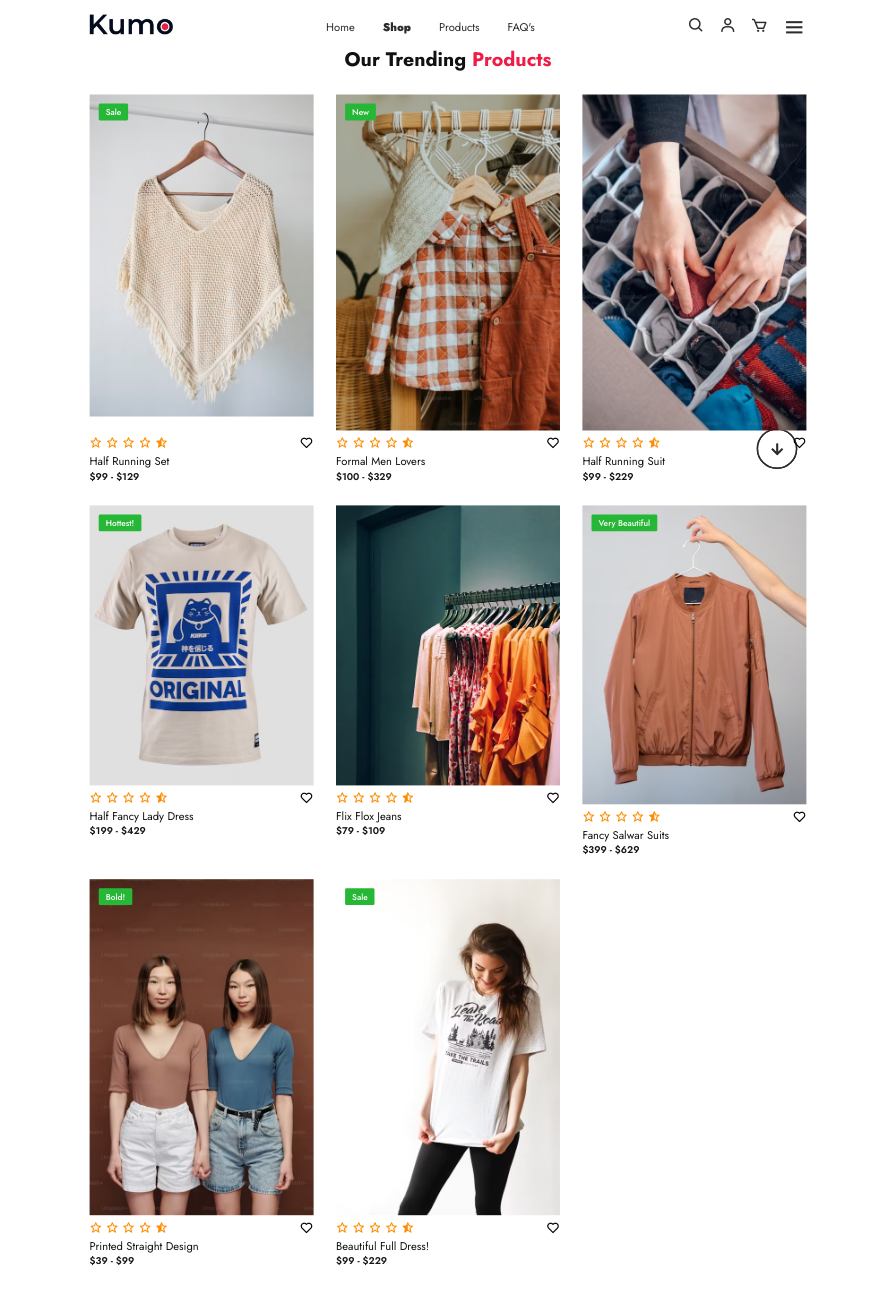
Repository: isaacCodes1/Kumo-Website.
Page: shop.html
These files come from the project's save history. The page is drawn as it stood at one moment and after the next save; the edit follows.
The browser window is 1280 px wide. The pictures show the whole page, at 70% of full size.

Above is the page before, as saved 2024-03-23 09:46:40.

### shop.html
<!DOCTYPE html>
<html lang="en">
  <head>
    <meta charset="UTF-8" />
    <meta name="viewport" content="width=device-width, initial-scale=1.0" />
    <link rel="stylesheet" href="style.css" />
    <link rel="preconnect" href="https://fonts.googleapis.com" />
    <link rel="preconnect" href="https://fonts.gstatic.com" crossorigin />
    <link
      href="https://fonts.googleapis.com/css2?family=Bricolage+Grotesque:opsz,wght@12..96,200..800&family=Jost:ital,wght@0,100..900;1,100..900&family=Montserrat:ital,wght@0,100..900;1,100..900&family=Poppins:ital,wght@0,100;0,200;0,300;0,400;0,500;0,600;0,700;0,800;0,900;1,100;1,200;1,300;1,400;1,500;1,600;1,700;1,800;1,900&display=swap"
      rel="stylesheet"
    />
    <link
      rel="stylesheet"
      href="https://cdnjs.cloudflare.com/ajax/libs/font-awesome/6.5.1/css/all.min.css"
      integrity="sha512-DTOQO9RWCH3ppGqcWaEA1BIZOC6xxalwEsw9c2QQeAIftl+Vegovlnee1c9QX4TctnWMn13TZye+giMm8e2LwA=="
      crossorigin="anonymous"
      referrerpolicy="no-referrer"
    />
    <link
      rel="stylesheet"
      href="https://unpkg.com/boxicons@latest/css/boxicons.min.css"
    />
    <link rel="stylesheet" href="Mediaquery.css" />
    <title>Document</title>
  </head>
  <body>
    <header>
      <a href="index.html" class="logo"><img src="Assets/logo.png" alt="" /></a>
      <ul class="navmenu">
        <li><a href="index.html">Home</a></li>
        <li><a style="font-weight: 900" href="shop.html">Shop</a></li>
        <li><a href="products.html">Products</a></li>
        <li><a href="Questions.html">FAQ's</a></li>
      </ul>
      <div class="nav-icon">
        <a href="#"><i class="bx bx-search"></i></a>
        <a href="#"><i class="bx bx-user"></i></a>
        <a href="#"><i class="bx bx-cart"></i></a>
        <div class="bx bx-menu" id="menu-icon"></div>
      </div>
    </header>
    <div class="down-arrow">
      <a href="#trending" class="down"><i class="bx bx-down-arrow-alt"></i></a>
    </div>
    <div class="down-arrow">
      <a href="#trending" class="down"><i class="bx bx-down-arrow-alt"></i></a>
    </div>
    <!-- <trending-products-section-->
    <section class="trending-product" id="trending">
      <div class="center-text">
        <h2>Our Trending <span>Products</span></h2>
      </div>
      <div class="products">
        <div class="row">
          <img class="clothes1" src="/Assets/Clothes1.avif" alt="" />
          <div class="product-text">
            <h5>Sale</h5>
          </div>
          <div class="heart-icon">
            <i class="bx bx-heart"></i>
          </div>
          <div class="ratting">
            <i class="bx bx-star"></i>
            <i class="bx bx-star"></i>
            <i class="bx bx-star"></i>
            <i class="bx bx-star"></i>
            <i class="bx bxs-star-half"></i>
          </div>
          <div class="price">
            <h4>Half Running Set</h4>
            <p>$99 - $129</p>
          </div>
        </div>

        <div class="row">
          <img src="/Assets/clothes2.avif" alt="" />
          <div class="product-text">
            <h5>New</h5>
          </div>
          <div class="heart-icon">
            <i class="bx bx-heart"></i>
          </div>
          <div class="ratting">
            <i class="bx bx-star"></i>
            <i class="bx bx-star"></i>
            <i class="bx bx-star"></i>
            <i class="bx bx-star"></i>
            <i class="bx bxs-star-half"></i>
          </div>
          <div class="price">
            <h4>Formal Men Lovers</h4>
            <p>$100 - $329</p>
          </div>
        </div>
        <div class="row">
          <img src="/Assets/Clothes3.avif" alt="" />
          <div class="heart-icon">
            <i class="bx bx-heart"></i>
          </div>
          <div class="ratting">
            <i class="bx bx-star"></i>
            <i class="bx bx-star"></i>
            <i class="bx bx-star"></i>
            <i class="bx bx-star"></i>
            <i class="bx bxs-star-half"></i>
          </div>
          <div class="price">
            <h4>Half Running Suit</h4>
            <p>$99 - $229</p>
          </div>
        </div>
        <div class="row">
          <img src="/Assets/Clothes9.avif" alt="" />
          <div class="product-text">
            <h5>Hottest!</h5>
          </div>
          <div class="heart-icon">
            <i class="bx bx-heart"></i>
          </div>
          <div class="ratting">
            <i class="bx bx-star"></i>
            <i class="bx bx-star"></i>
            <i class="bx bx-star"></i>
            <i class="bx bx-star"></i>
            <i class="bx bxs-star-half"></i>
          </div>
          <div class="price">
            <h4>Half Fancy Lady Dress</h4>
            <p>$199 - $429</p>
          </div>
        </div>
        <div class="row">
          <img src="/Assets/clothes5.avif" alt="" />
          <div class="heart-icon">
            <i class="bx bx-heart"></i>
          </div>
          <div class="ratting">
            <i class="bx bx-star"></i>
            <i class="bx bx-star"></i>
            <i class="bx bx-star"></i>
            <i class="bx bx-star"></i>
            <i class="bx bxs-star-half"></i>
          </div>
          <div class="price">
            <h4>Flix Flox Jeans</h4>
            <p>$79 - $109</p>
          </div>
        </div>
        <div class="row">
          <img src="/Assets/Clothes6.avif" alt="" />
          <div class="product-text">
            <h5>Very Beautiful</h5>
          </div>
          <div class="heart-icon">
            <i class="bx bx-heart"></i>
          </div>
          <div class="ratting">
            <i class="bx bx-star"></i>
            <i class="bx bx-star"></i>
            <i class="bx bx-star"></i>
            <i class="bx bx-star"></i>
            <i class="bx bxs-star-half"></i>
          </div>
          <div class="price">
            <h4>Fancy Salwar Suits</h4>
            <p>$399 - $629</p>
          </div>
        </div>
        <div class="row">
          <img src="/Assets/Clothes7.avif" alt="" />
          <div class="product-text">
            <h5>Bold!</h5>
          </div>
          <div class="heart-icon">
            <i class="bx bx-heart"></i>
          </div>
          <div class="ratting">
            <i class="bx bx-star"></i>
            <i class="bx bx-star"></i>
            <i class="bx bx-star"></i>
            <i class="bx bx-star"></i>
            <i class="bx bxs-star-half"></i>
          </div>
          <div class="price">
            <h4>Printed straight Design</h4>
            <p>$39 - $99</p>
          </div>
        </div>
        <div class="row">
          <img src="/Assets/Clothes8.avif" alt="" />
          <div class="product-text">
            <h5>Sale</h5>
          </div>
          <div class="heart-icon">
            <i class="bx bx-heart"></i>
          </div>
          <div class="ratting">
            <i class="bx bx-star"></i>
            <i class="bx bx-star"></i>
            <i class="bx bx-star"></i>
            <i class="bx bx-star"></i>
            <i class="bx bxs-star-half"></i>
          </div>
          <div class="price">
            <h4>Beautiful Full Dress!</h4>
            <p>$99 - $229</p>
          </div>
        </div>
      </div>
    </section>
  </body>
  <script src="java.js"></script>
</html>

### style.css
* {
  margin: 0;
  padding: 0;
  box-sizing: border-box;
  scroll-behavior: smooth;
  font-family: "Jost", sans-serif;
  list-style-type: none;
  text-decoration: none;
}
header {
  position: fixed;
  width: 100%;
  top: 0;
  right: 0;
  z-index: 1000;
  display: flex;
  align-items: center;
  justify-content: space-between;
  padding: 20px 10%;
}
.logo img {
  max-width: 120px;
  height: auto;
}
.navmenu {
  display: flex;
}
.navmenu li :hover {
  background: #000;
}
.navmenu a {
  color: #2c2c2c;
  font-size: 16px;
  text-transform: capitalize;
  padding: 10px 20px;
  font-weight: 400;
  transition: all 0.42s ease;
}
.navmenu a:hover {
  color: #ee1c47;
}
.nav-icon {
  display: flex;
  align-items: center;
}
.nav-icon i {
  margin-right: 20px;
  color: #2c2c2c;
  font-size: 25px;
  font-weight: 400;
  transition: all 0.42s ease;
}
.nav-icon i:hover {
  transform: scale(1.05);
  color: #ee1c47;
}
#menu-icon {
  font-size: 35px;
  color: #2c2c2c;
  z-index: 10001;
  cursor: pointer;
}
section {
  padding: 5% 10%;
}
.main-home {
  width: 100%;
  height: 100vh;
  background-image: url(Assets/banner-3.png);
  background-position: center;
  background-size: cover;
  display: grid;
  grid-template-columns: repeat(1, 1fr);
  align-items: center;
}
.main-text h5 {
  color: #ee1c47;
  font-size: 16px;

  text-transform: capitalize;
  font-weight: 500;
}
.main-text h1 {
  color: #000;
  font-size: 65px;
  text-transform: capitalize;
  line-height: 1.1;
  font-weight: 600;
  margin: 6px 0 10px;
}
.main-text p {
  color: #333c56;
  font-size: 20px;
  font-style: italic;
  margin-bottom: 20px;
}
.main-btn {
  display: inline-block;
  color: #111;
  font-size: 16px;
  font-weight: 500;
  text-transform: capitalize;
  border: 2px solid#111;
  padding: 12px 25px;
  transition: all 0.42s ease;
}
.main-btn:hover {
  background: #000;
  color: #fff;
}
.main-btn i {
  vertical-align: middle;
}
.down-arrow {
  position: absolute;
  top: 85%;
  right: 11%;
}
.down i {
  font-size: 30px;
  color: #2c2c2c;
  border: 2px solid #2c2c2c;
  border-radius: 50px;
  padding: 12px 12px;
}
.down i:hover {
  background: #2c2c2c;
  color: #fff;
  transition: all 0.42s ease;
}
header.sticky {
  background: #fff;
  padding: 20px 10%;
  box-shadow: 0px 0px 10px rgb(0 0 0 /10%);
}
/* trending-section-css */
.center-text h2 {
  color: #111;
  font-size: 28px;
  text-transform: capitalize;
  text-align: center;
  margin-bottom: 30px;
}
.center-text span {
  color: #ee1c47;
}
.products {
  display: grid;
  grid-template-columns: repeat(auto-fit, minmax(260px, auto));
  gap: 2rem;
}
.row {
  position: relative;
  transition: all 0.4s;
}
.row img {
  width: 100%;
  height: auto;
  transition: all 0.4s;
}
.row img:hover {
  transform: scale(0.9);
}
.product-text h5 {
  position: absolute;
  top: 13px;
  left: 13px;
  color: #fff;
  font-size: 12px;
  font-weight: 500;
  text-transform: capitalize;
  background: #27b737;
  padding: 3px 10px;
  border-radius: 2px;
}
.heart-icon {
  position: absolute;
  right: 0;
  font-size: 20px;
}
.heart-icon:hover {
  color: #ee1c47;
}
.ratting {
  color: #ff8c00;
  font-size: 18px;
}

.price h4 {
  color: #111;
  font-size: 16px;
  text-transform: capitalize;
  font-weight: 400;
}
.price p {
  color: #151515;
  font-size: 14px;
  font-weight: 600;
}
.client-reviews {
  background: #f3f4f6;
}
.reviews {
  text-align: center;
}
.reviews h3 {
  color: #111;
  font-size: 25px;
  text-transform: capitalize;
  text-align: center;
  font-weight: 700;
}
.reviews img {
  width: 100px;
  height: auto;
  border-radius: 80px;
  margin: 10px 0;
}
.reviews p {
  color: #707070;
  font-size: 16px;
  font-weight: 400;
  line-height: 25px;
  margin-bottom: 10px;
}
.reviews h2 {
  font-size: 22px;
  color: #000;
  font-weight: 400;
  text-transform: capitalize;
  margin-bottom: 2px;
}
/* update-section-css */
.up-center-text h2 {
  text-align: center;
  color: #111;
  font-size: 25px;
  text-transform: capitalize;
  font-weight: 700;
  margin-bottom: 30px;
}
.cart img {
  width: 350px;
  height: auto;
  border-radius: 5px;
}
.update-cart {
  display: grid;
  grid-template-columns: repeat(auto-fit, minmax(380px, auto));
  gap: 1px;
}
.cart h5 {
  color: #636872;
  font-size: 14px;
  text-transform: capitalize;
  font-weight: 500;
}
.cart h4 {
  color: #111;
  font-size: 18px;
  font-weight: 600;
}
.cart p {
  color: #707070;
  font-size: 15px;
  max-width: 380px;
  line-height: 25px;
  margin-bottom: 12px;
}
.cart h6 {
  color: #151515;
  font-size: 14px;
  font-weight: 500;
}
/* contact-section */
.contact {
  background: #dbdbdb;
}
.contact-info {
  display: grid;
  grid-template-columns: repeat(auto-fit, minmax(160px, auto));
  gap: 3rem;
}
.first-info img {
  width: 140px;
  height: auto;
}
.contact-info h4 {
  color: #212529;
  font-size: 14px;
  text-transform: uppercase;
  margin-bottom: 10px;
}
.contact-info p {
  color: #565656;
  font-size: 14px;
  font-weight: 400;
  text-transform: capitalize;
  line-height: 1.5;
  margin-bottom: 10px;
  cursor: pointer;
  transition: all 0.42s;
}
.contact-info p:hover {
  color: #ee1c47;
}
.social-icon i {
  color: #565656;
  margin-right: 10px;
  font-size: 20px;
  transition: all 0.42s;
}
.social-icon i:hover {
  transform: scale(1.3);
}
.end-text {
  text-align: center;
  background: #edfff1;
  padding: 20px;
}
.end-text p {
  color: #111;
  text-transform: capitalize;
}
.clothes1 {
  padding-bottom: 20px;
}

### Mediaquery.css
@media (890px) {
  header {
    padding: 20px 3%;
    transition: 0.4s;
  }
  .center-text h2 {
    font-size: 12px;
  }
}
@media (max-width: 630px) {
  .main-text h1 {
    font-size: 50px;
    transition: 0.4s;
  }
  .main-text p {
    font-size: 18px;
    transition: 0.4s;
  }
  .main-btn {
    padding: 10px 20px;
    transition: 0.4s;
  }
  .center-text h2 {
    font-size: 12px;
  }
}
@media (max-width: 750px) {
  .navmenu {
    position: absolute;
    top: 100%;
    right: -100%;
    width: 300px;
    height: 130vh;
    background: #edfff1;
    display: flex;
    flex-direction: column;
    align-items: center;
    padding: 120px 30px;
    transition: all 0.42s;
  }
  .navmenu a {
    display: block;
    margin: 18px 0;
  }
  .navmenu.open {
    right: 0;
  }
  .center-text h2 {
    font-size: 12px;
  }
}
@media(max-width: 700px){
    .center-text h2{
        font-size: 0;
    }
    .header{
      margin-bottom: 20px;
      color: #000;
    }
    .cart{
      align-items: center;
      display: flex;
      flex-direction: column;
    }
    .cart img{
      width: 270px;
      margin-right: 80px;
    }
    .cart p{
      font-size: 10px;
      margin-right: 80px;
    }
    .cart h4{
      font-size: 12px;
      margin-right: 80px;
    }
    .cart h6{
      font-size: 10px;
      margin-right: 80px;
    }
    .contact-info{
      display: flex;
      flex-direction: column;
      align-items: center
      ;
    }
}

### java.js
const header = document.querySelector("header");

window.addEventListener("scroll", function () {
  header.classList.toggle("sticky", window.scrollY > 0);
});

let menu = document.querySelector("#menu-icon");
let navmenu = document.querySelector(".navmenu");

menu.onclick = () => {
  menu.classList.toggle("bx-x");
  navmenu.classList.toggle("open");
};

After the next save:
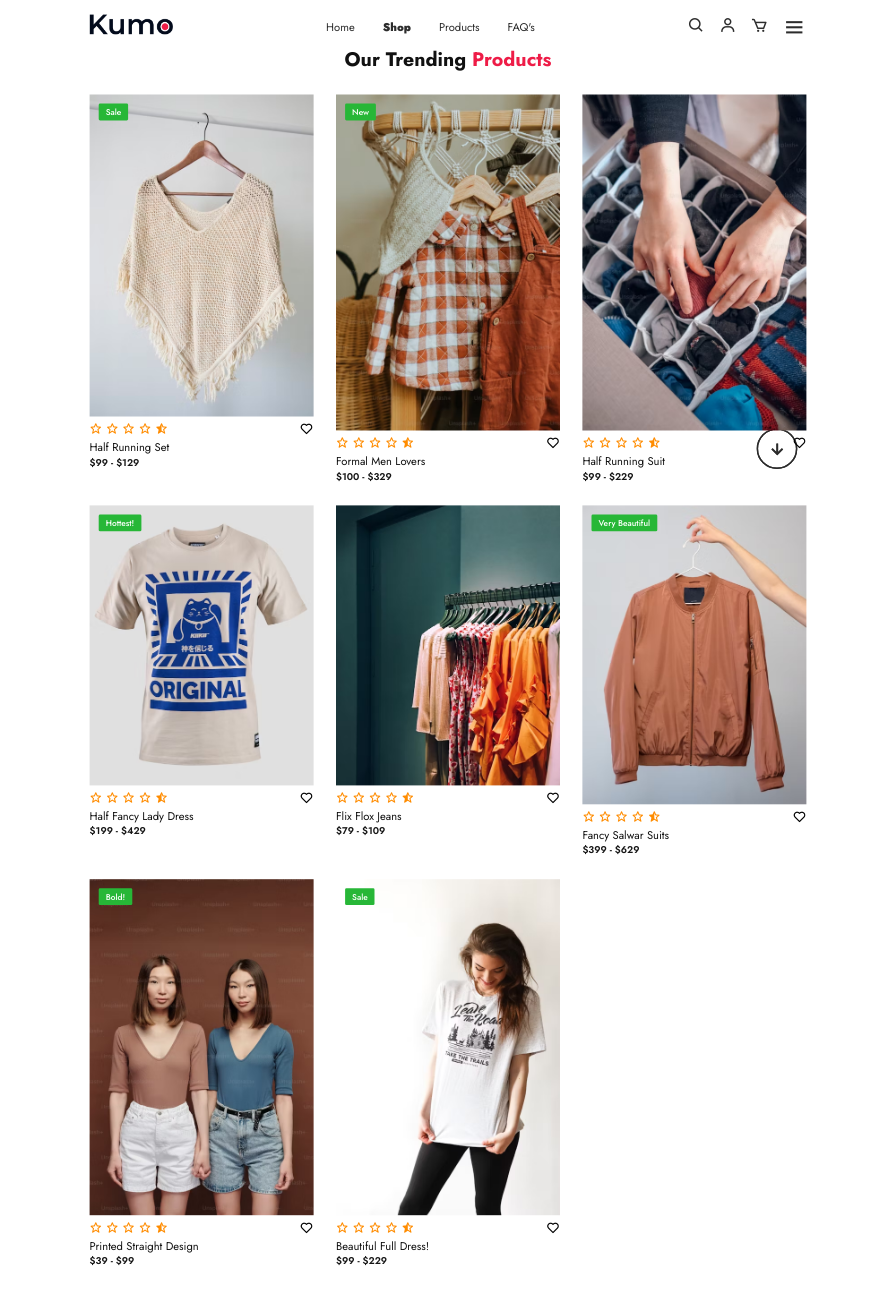
Saved 23 s later.
--- a/style.css
+++ b/style.css
@@ -322,6 +322,6 @@ header.sticky {
   color: #111;
   text-transform: capitalize;
 }
-.clothes1 {
+.clothes1 img {
   padding-bottom: 20px;
 }
